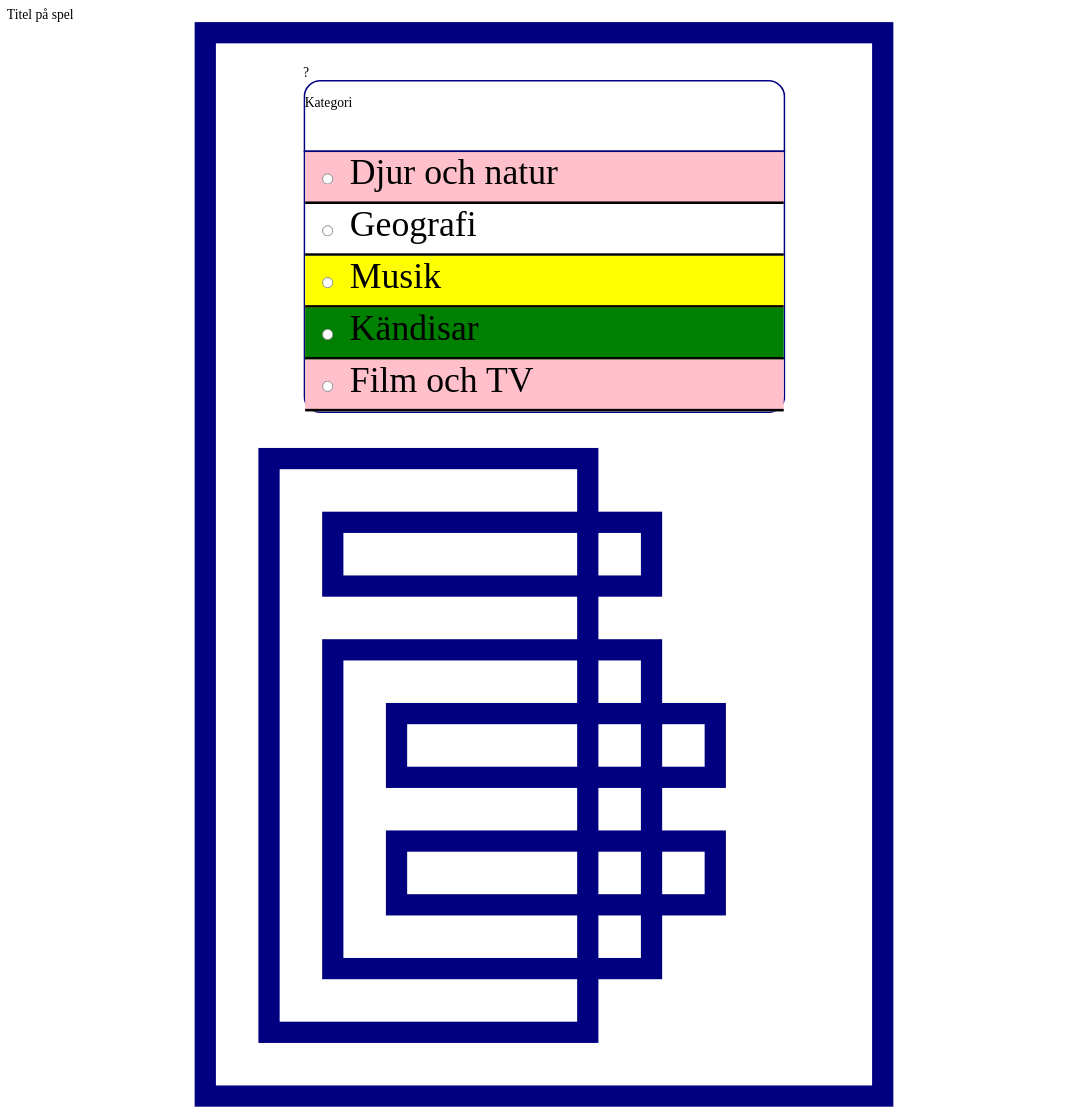
Repository: ed222gg/project2
Page: pages/start.html
The author's editor kept a record of every edit. The page is drawn from the files as they stood at one moment, then again after the next edit.
The browser window is 1280 px wide. The pictures show the whole page, at 85% of full size.

Above is the page before.

After the next edit:
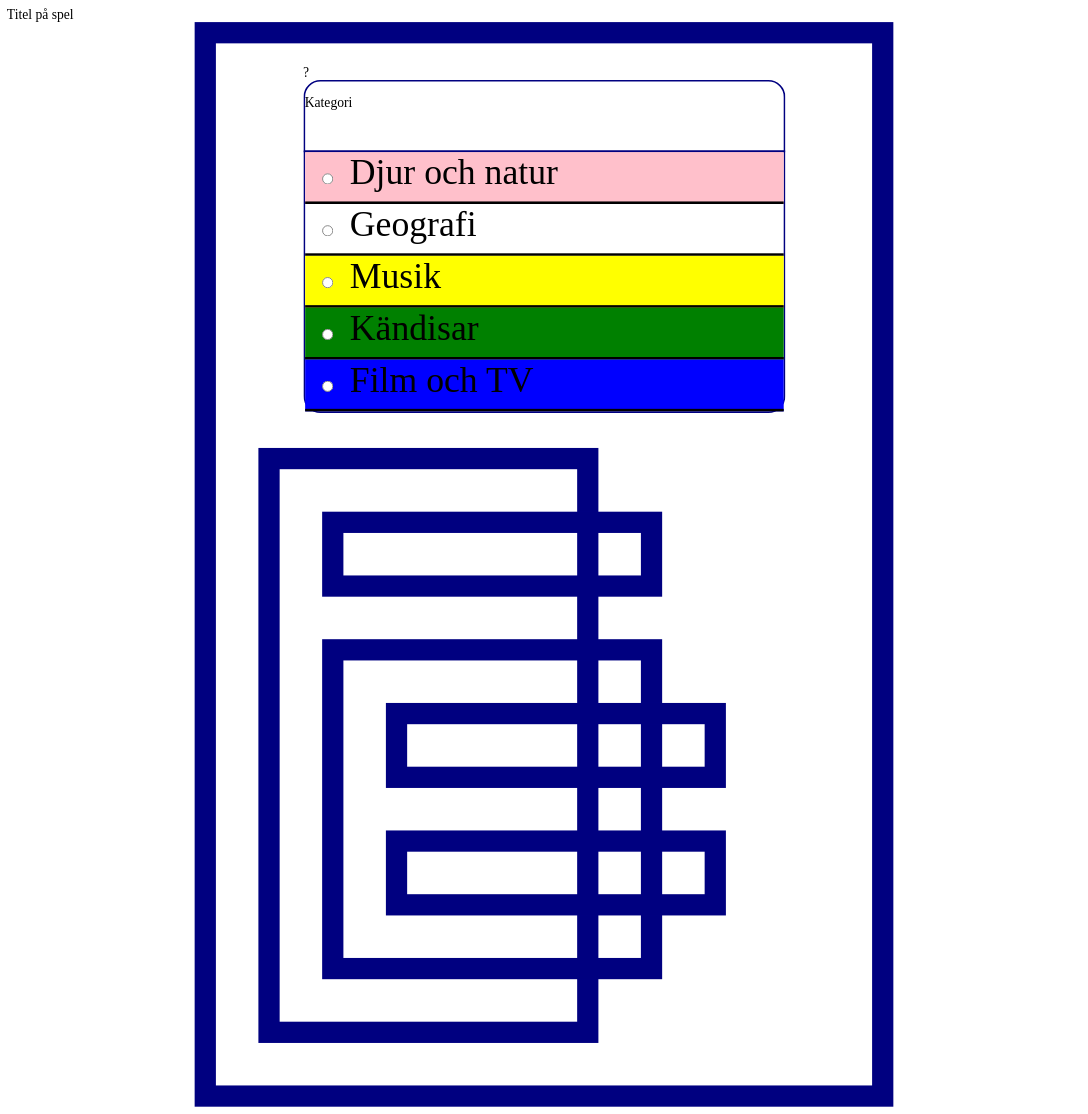
The edit:
--- a/css/style.css
+++ b/css/style.css
@@ -115,6 +115,6 @@
 border-bottom-style: solid;
 }
 #li4{
-background-color:pink;
+background-color:blue;
 border-bottom-style: solid;
 }
